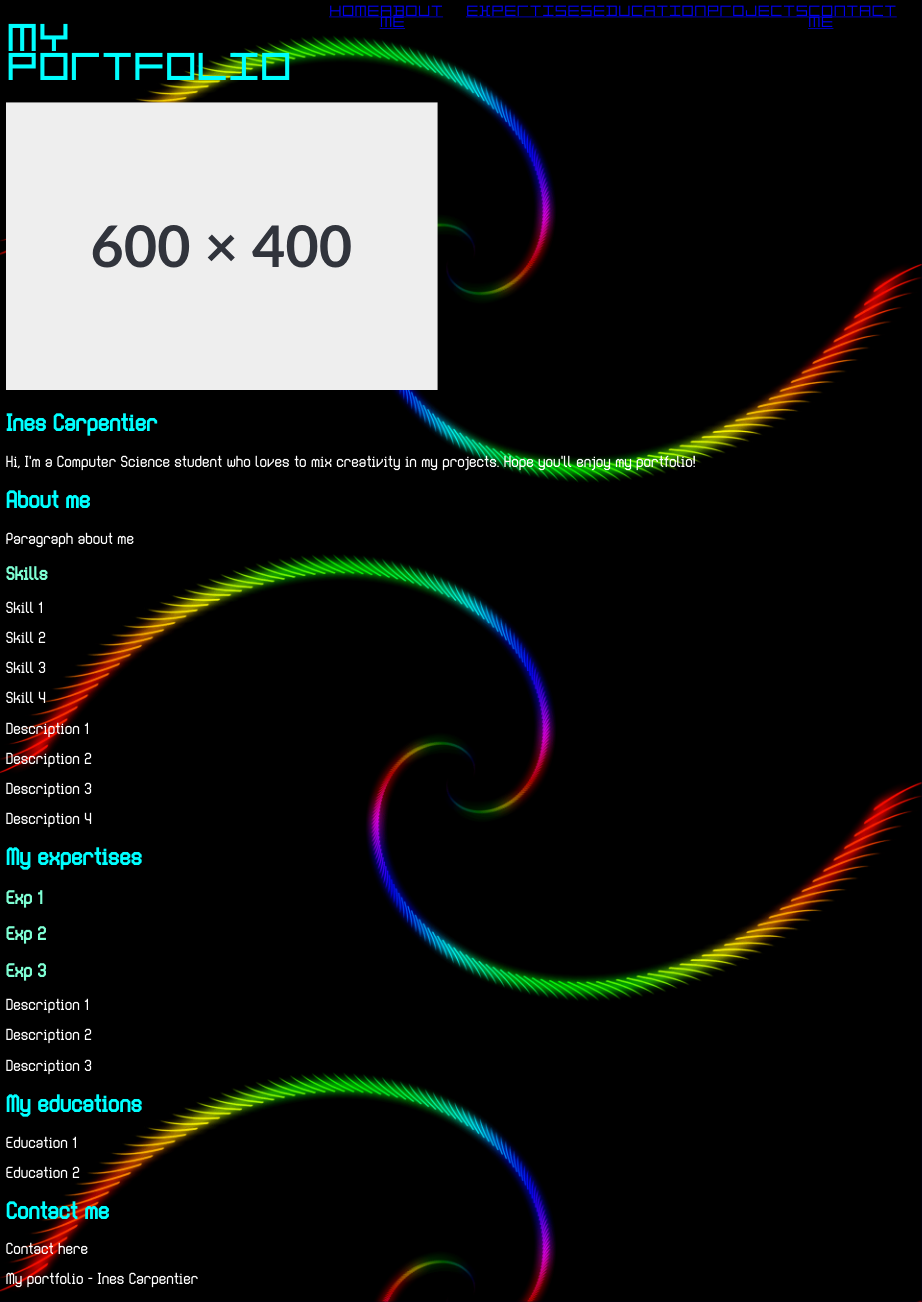
Repository: InsCarp/InsCarp
Page: index.html
The author's editor kept a copy of each file at every save. The page is drawn from the files as they stood at one save, then again after the next save.
The browser window is 1280 px wide. The pictures show the whole page, at 72% of full size.
Backgrounds fixed to the window are drawn as part of the page.

Above is the page before, as saved 2026-04-22 11:04:39.

After the next save:
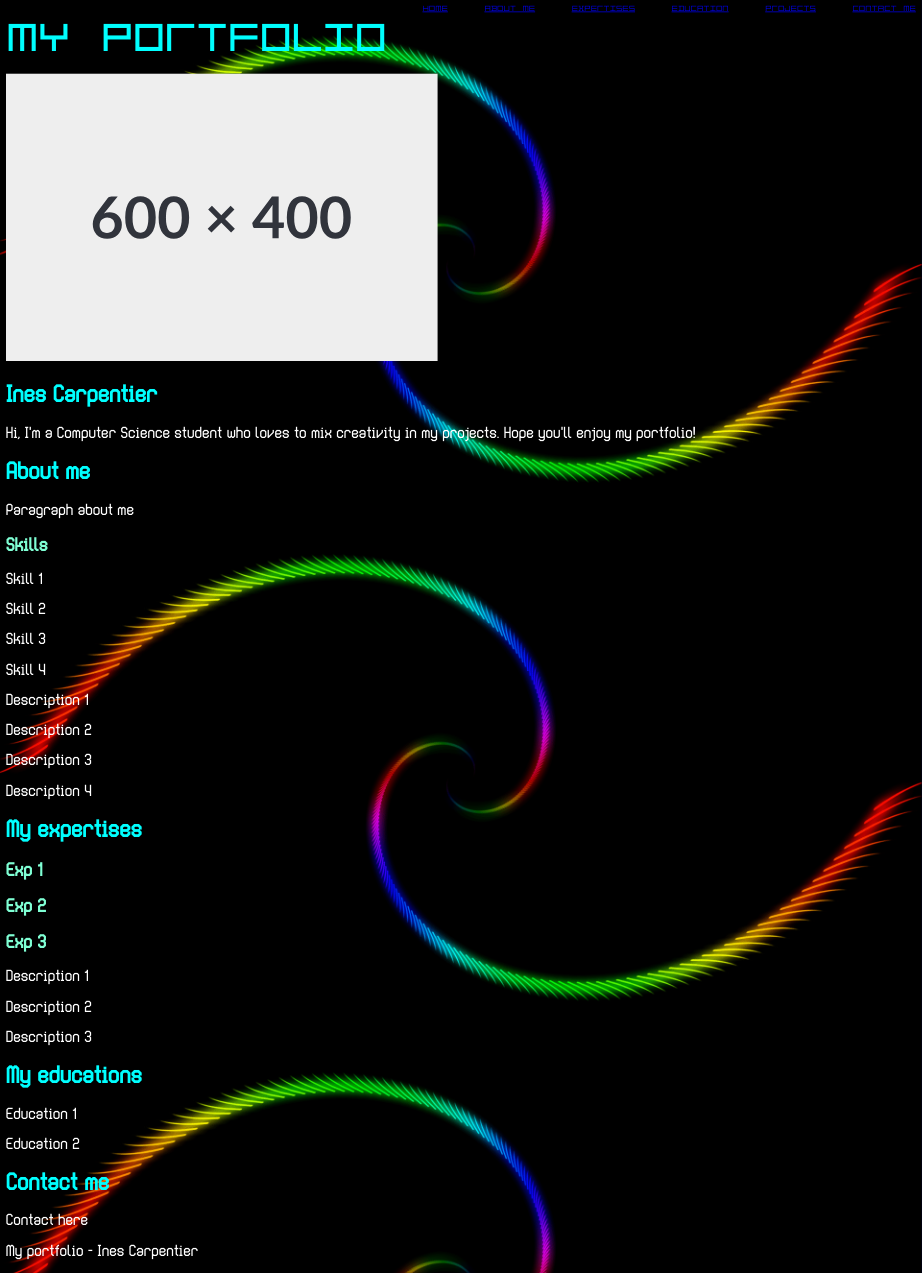
Saved 7 s later.
--- a/styles/globals.css
+++ b/styles/globals.css
@@ -66,7 +66,7 @@
 }
 nav{
     display:contents;
-    font-size:0.8rem;
+    font-size:0.4rem;
 
 
 }

After the save that followed:
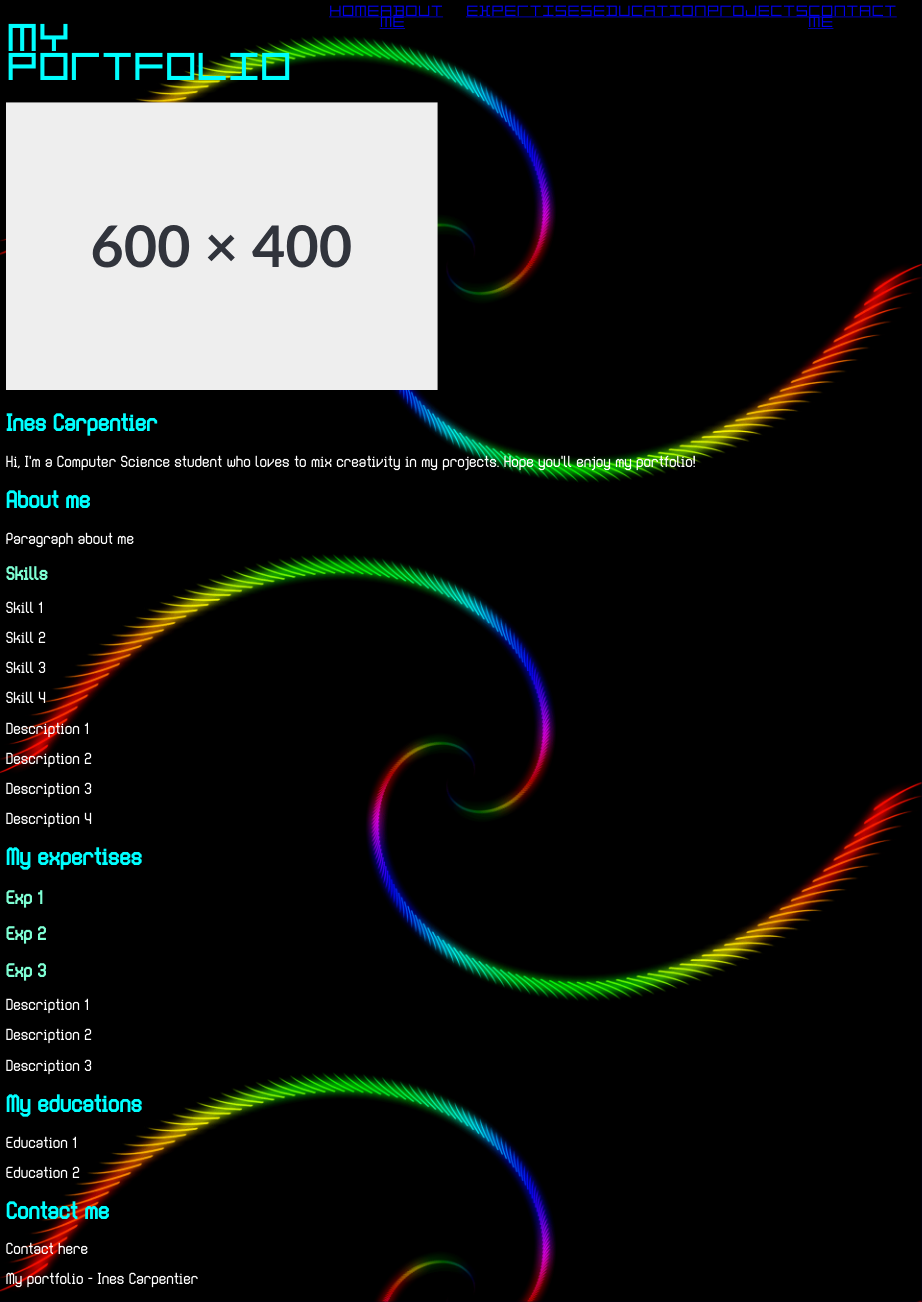
Saved 7 s later.
--- a/styles/globals.css
+++ b/styles/globals.css
@@ -66,7 +66,7 @@
 }
 nav{
     display:contents;
-    font-size:0.4rem;
+    font-size:0.8rem;
 
 
 }
